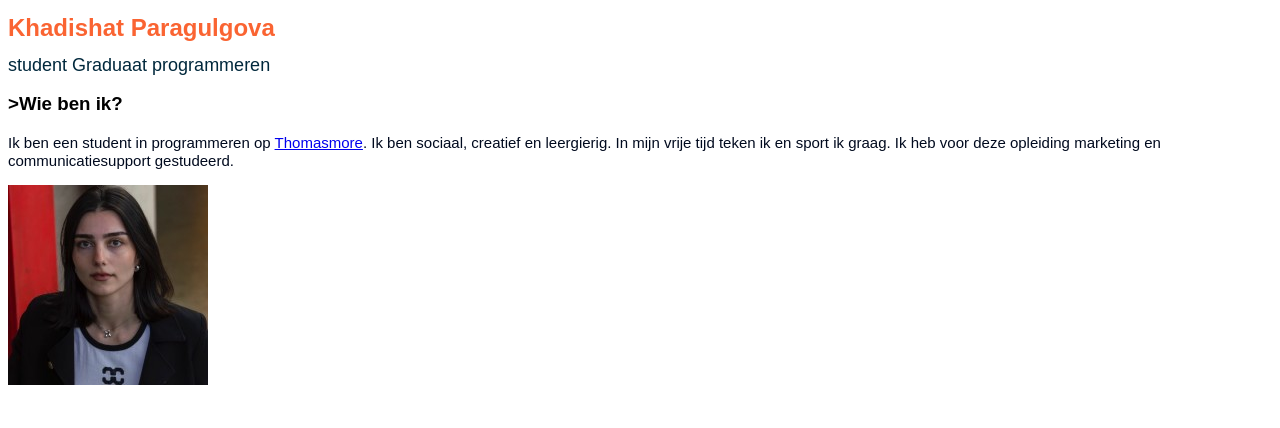
Repository: khadishat00/portfolio
Page: index.html
The author's editor kept a copy of each file at every save. The page is drawn from the files as they stood at one save, then again after the next save.
The browser window is 1280 px wide. The pictures show the whole page.

Above is the page before, as saved 2026-09-24 14:37:57.

After the next save:
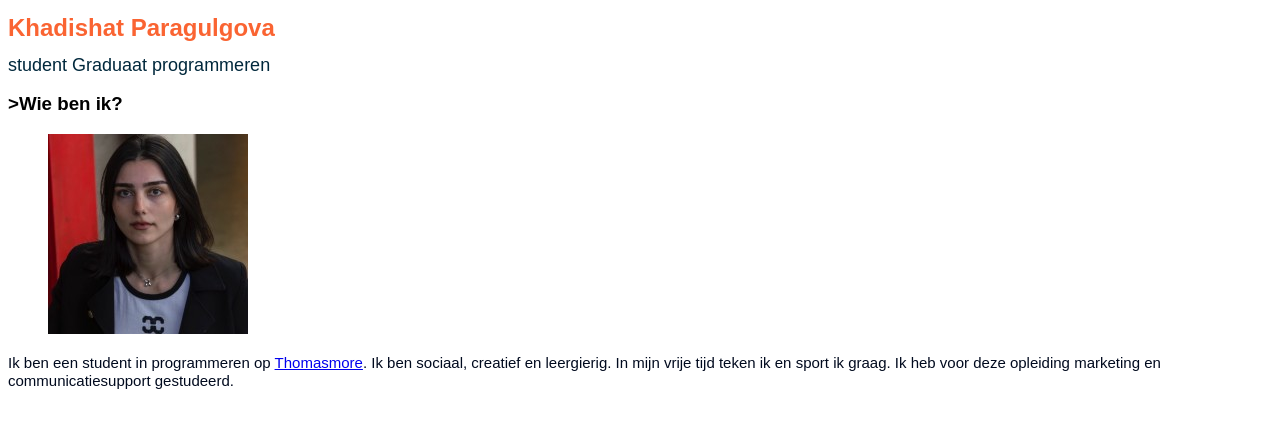
Saved 6 s later.
--- a/index.html
+++ b/index.html
@@ -30,27 +30,19 @@
       line-height: 18px;
       font-weight: normal;
     }
-    figure {
-  float: left;
-  max-width: 50%;
-  margin: 0 20px 20px 0;
-}
-img {
-  max-width: 100%;
-}
   </style>
   <body>
     <h1>Khadishat Paragulgova</h1>
     <h2>student Graduaat programmeren</h2>
     <h3>>Wie ben ik?</h3>
-
+    <figure>
+  <img src="profielfoto.jpg" alt="Mijn profielfoto" />
+</figure>
     <p>
       Ik ben een student in programmeren op
       <a href="https://thomasmore.be/nl">Thomasmore</a>. Ik ben sociaal,
       creatief en leergierig. In mijn vrije tijd teken ik en sport ik graag. Ik
       heb voor deze opleiding marketing en communicatiesupport gestudeerd.
-   <figure>
-  <img src="profielfoto.jpg" alt="Mijn profielfoto" />
-</figure> </p>
+    </p>
   </body>
 </html>
